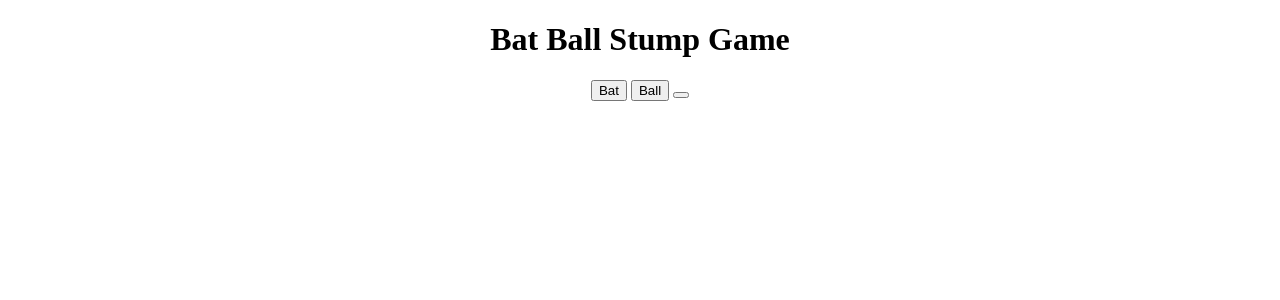
Repository: nihalani20/Learning-Js
Page: Cricket Game/index.html
The author's editor kept a copy of each file at every save. The page is drawn from the files as they stood at one save, then again after the next save.
The browser window is 1280 px wide. The pictures show the whole page.

Above is the page before, as saved 2024-01-24 17:59:22.

After the next save:
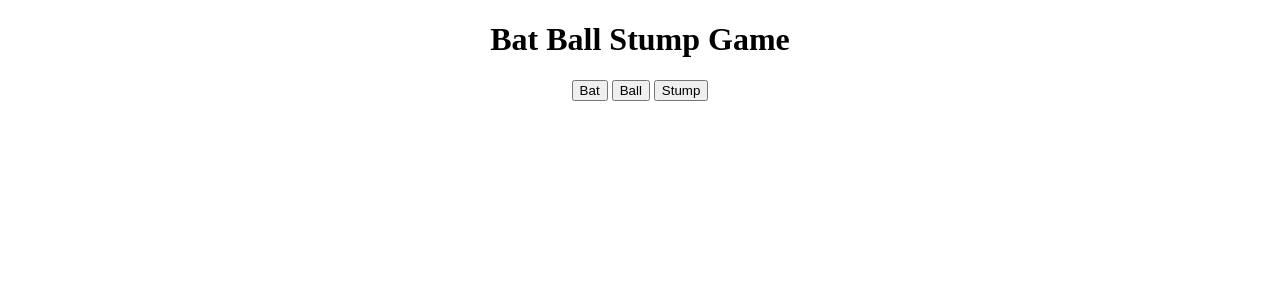
Saved 4 s later.
--- a/Cricket Game/index.html
+++ b/Cricket Game/index.html
@@ -98,7 +98,7 @@ alert(`You have choosen Bat \n Computer choice is ${computerChoice}\n  ${resultM
     ">Ball</button>
 
 
-<button id="Stumpp"></button>
+<button id="Stumpp">Stump</button>
 
   </main>
 </body>
